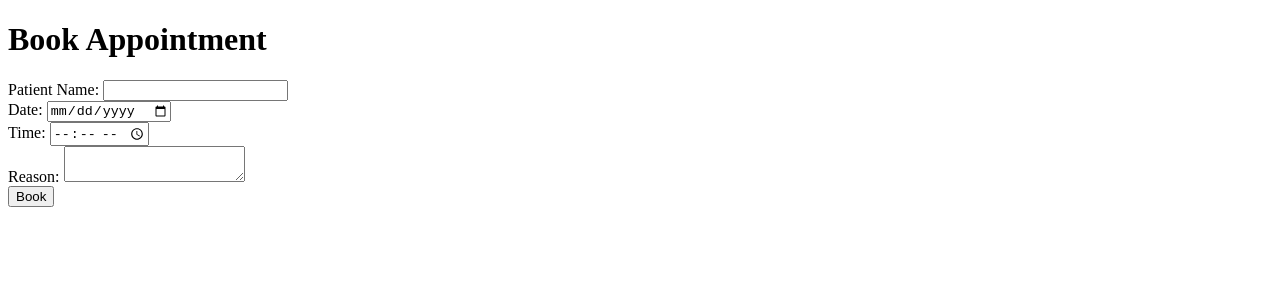
Repository: jaytriggz/Hospital-Management-System
Page: book_appointment.html
An editor plug-in stored every save of this project. The page is shown before and after the next save, followed by the edit.
The browser window is 1280 px wide. The pictures show the whole page.

Above is the page before, as saved 2024-07-04 15:45:24.

After the next save:
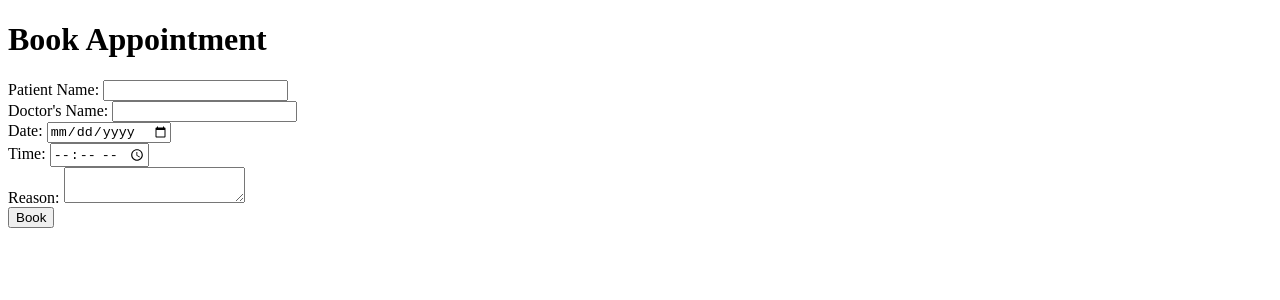
Saved 3 min 27 s later.
--- a/book_appointment.html
+++ b/book_appointment.html
@@ -9,6 +9,9 @@
     <form id="appointmentForm">
         <label for="patientName">Patient Name:</label>
         <input type="text" id="patientName" name="patientName" required><br>
+
+        <label for="doctorName">Doctor's Name:</label>
+        <input type="text" id="doctorName" name="doctorName" required><br>
 
         <label for="date">Date:</label>
         <input type="date" id="date" name="date" required><br>
@@ -28,6 +31,7 @@
 
             const formData = {
                 patientName: document.getElementById('patientName').value,
+                doctorName: document.getElementById('doctorName').value,
                 date: document.getElementById('date').value,
                 time: document.getElementById('time').value,
                 reason: document.getElementById('reason').value
